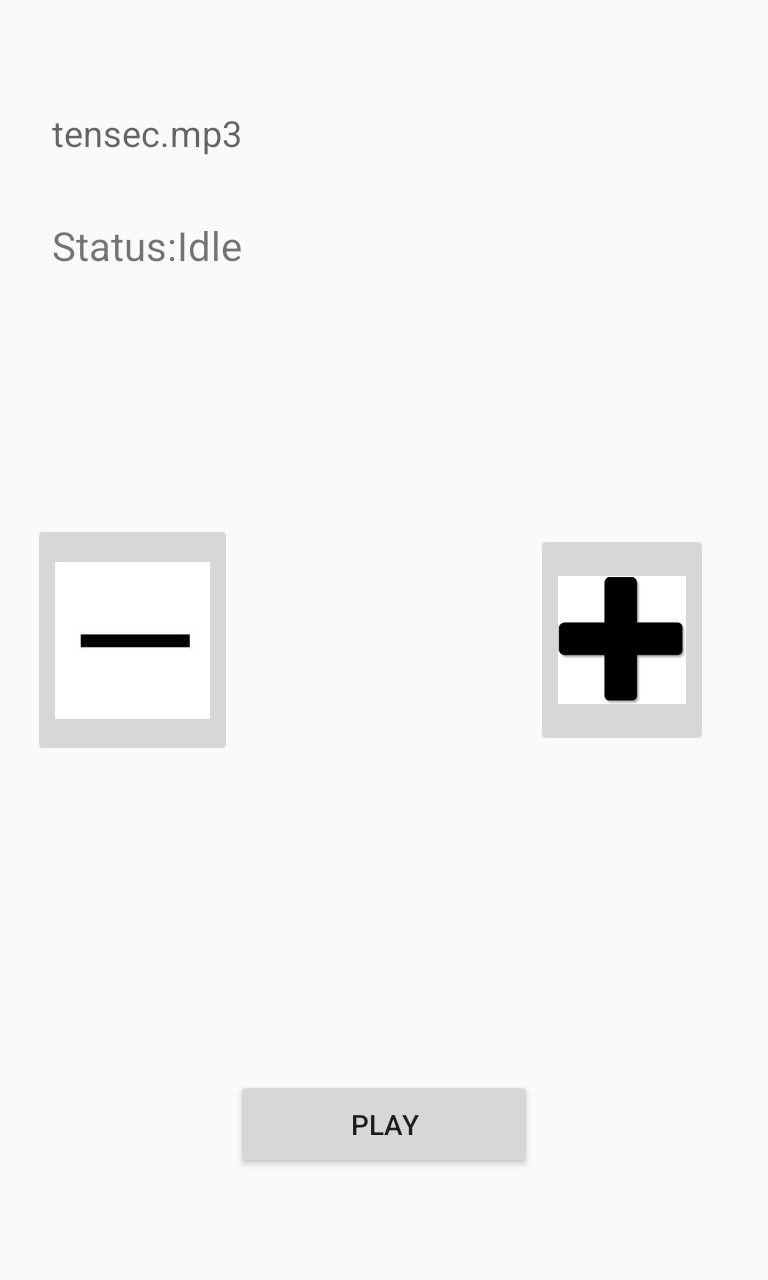
Repository: AlvaroCortez/Assigment2
Layout: AudioPlayer/res/layout/media_player_layout.xml
An editor plug-in stored every save of this project. The layout is shown before and after the next save, followed by the edit.
It is drawn on a 768 x 1280 px phone screen (xhdpi) without system bars, with theme AppTheme; the app's code is not run.

Above is the layout before, as saved 2014-06-04 17:47:08.

### AudioPlayer/res/layout/media_player_layout.xml
<?xml version="1.0" encoding="utf-8"?>
<RelativeLayout xmlns:android="http://schemas.android.com/apk/res/android"
    android:layout_width="match_parent"
    android:layout_height="match_parent" >

    <Button
        android:id="@+id/audio_button"
        android:layout_width="150dp"
        android:layout_height="wrap_content"
        android:layout_alignParentBottom="true"
        android:layout_centerHorizontal="true"
        android:layout_marginBottom="54dp"
        android:text="@string/button_text"
        android:onClick="onClick" />

    <TextView
        android:id="@+id/status_text"
        android:layout_width="150dp"
        android:layout_height="wrap_content"
        android:layout_alignParentLeft="true"
        android:layout_alignParentTop="true"
        android:layout_marginLeft="26dp"
        android:layout_marginTop="109dp"
        android:gravity="center|left"
        android:text="@string/textView_text"
        android:textSize="20sp" />

    <TextView
        android:id="@+id/mp3_text"
        android:layout_width="wrap_content"
        android:layout_height="wrap_content"
        android:layout_alignLeft="@+id/status_text"
        android:layout_alignParentTop="true"
        android:layout_marginTop="54dp"
        android:text="@string/text_mp3"
        android:textAppearance="?android:attr/textAppearanceMedium" />

    <ImageButton
        android:id="@+id/imageButton_volume_plus"
        android:layout_width="wrap_content"
        android:layout_height="110dp"
        android:layout_centerVertical="true"
        android:layout_toRightOf="@+id/audio_button"
        android:src="@drawable/plus" />

    <ImageButton
        android:id="@+id/imageButton_volume_minus"
        android:layout_width="wrap_content"
        android:layout_height="120dp"
        android:layout_centerVertical="true"
        android:layout_toLeftOf="@+id/audio_button"
        android:src="@drawable/minus" />

</RelativeLayout>

### AudioPlayer/res/values/strings.xml
<?xml version="1.0" encoding="utf-8"?>
<resources>

    <string name="app_name">AudioPlayer</string>
    <string name="hello_world">Hello world!</string>
    <string name="action_settings">Settings</string>
    <string name="button_text">Play</string>
    <string name="textView_text">Status:Idle</string>
    <string name="text_mp3">tensec.mp3</string>

</resources>

Loaded but not shown: AudioPlayer/res/values/styles.xml (common file); AudioPlayer/res/values-v11/styles.xml (common file); AudioPlayer/res/values-v14/styles.xml (common file)

After the next save:
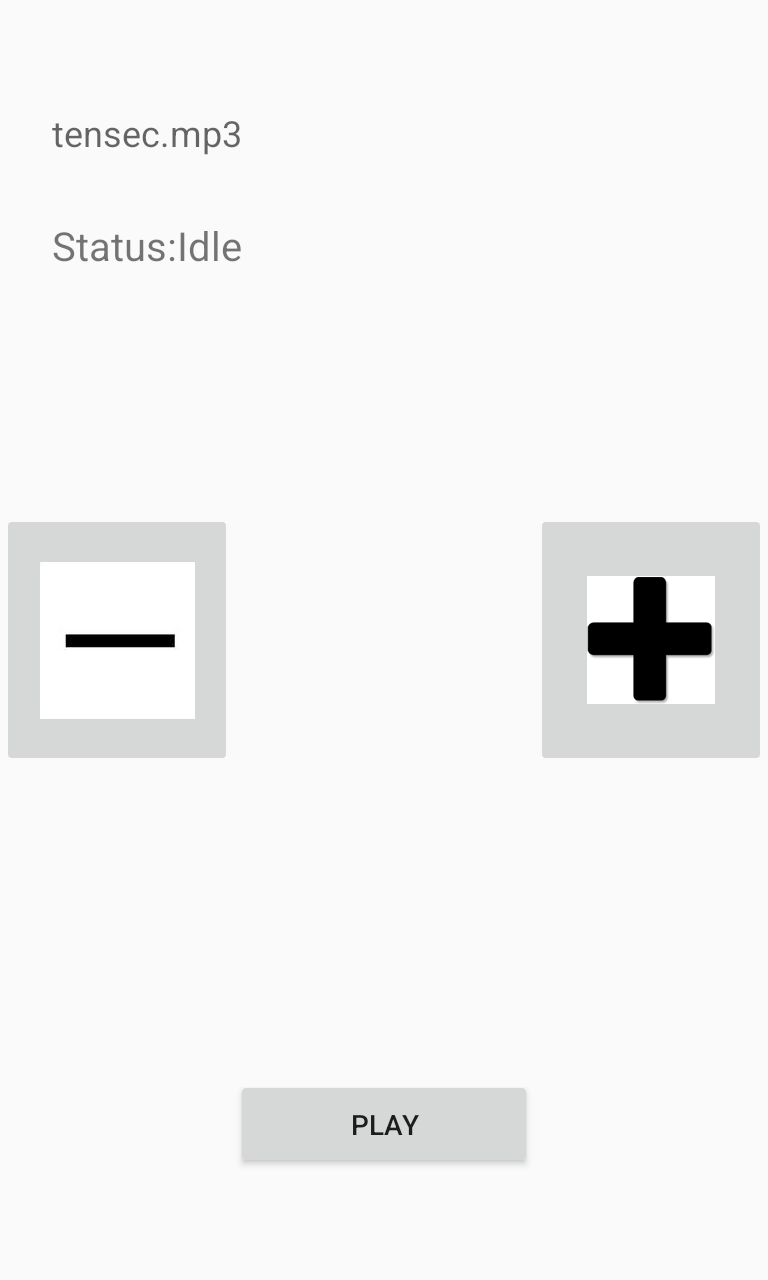
Saved 37 s later.
--- a/AudioPlayer/res/layout/media_player_layout.xml
+++ b/AudioPlayer/res/layout/media_player_layout.xml
@@ -37,16 +37,16 @@
 
     <ImageButton
         android:id="@+id/imageButton_volume_plus"
-        android:layout_width="wrap_content"
-        android:layout_height="110dp"
+        android:layout_width="130dp"
+        android:layout_height="130dp"
         android:layout_centerVertical="true"
         android:layout_toRightOf="@+id/audio_button"
         android:src="@drawable/plus" />
 
     <ImageButton
         android:id="@+id/imageButton_volume_minus"
-        android:layout_width="wrap_content"
-        android:layout_height="120dp"
+        android:layout_width="130dp"
+        android:layout_height="130dp"
         android:layout_centerVertical="true"
         android:layout_toLeftOf="@+id/audio_button"
         android:src="@drawable/minus" />
